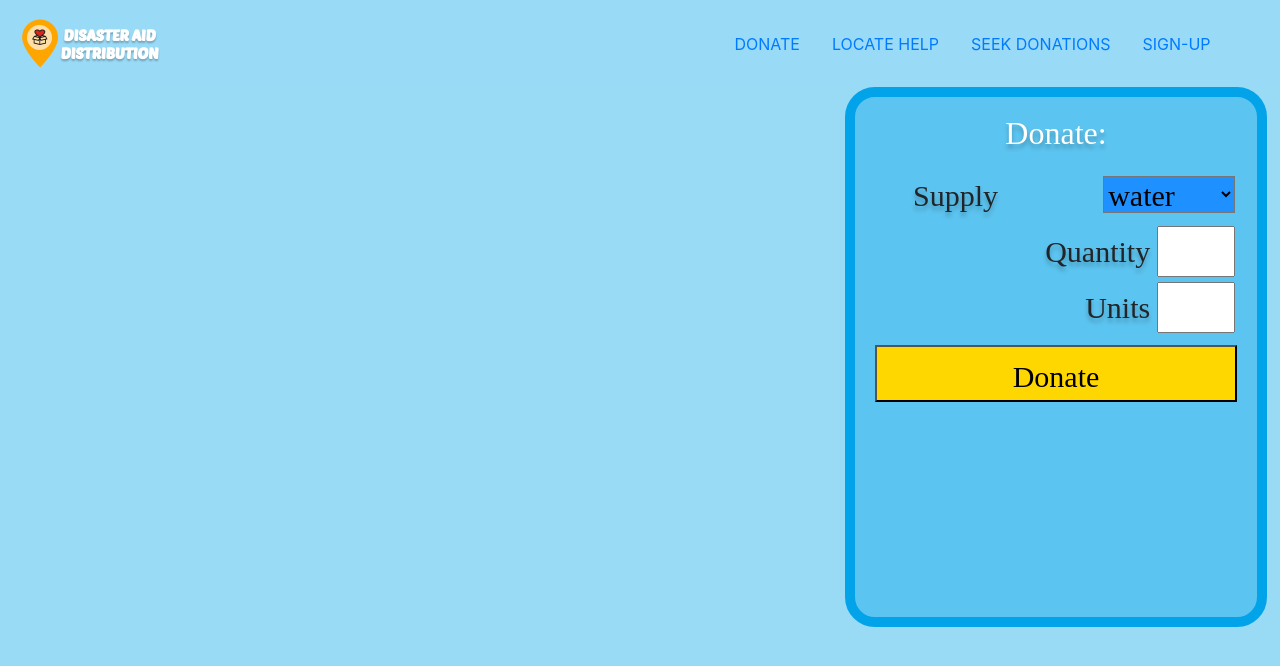
Repository: uprm-inso-4115-2019-2020-S2/semester-project-inso4115-DisasterAid-backend
Page: /donate-modal (app in disaster-aid/)
These files come from the project's save history. The page is drawn as it stood at one moment and after the next save; the edit follows.
The browser window is 1280 px wide. The pictures show the whole page.
The project was rebuilt for these pictures with package versions that can differ from the ones it lists, and the page was loaded fresh each time. Also part of the build but not shown: disaster-aid/angular.json, disaster-aid/src/app/login/login.component.ts, disaster-aid/src/app/register/register.component.ts, disaster-aid/src/app/home/home.component.ts, disaster-aid/src/app/landing-page/landing-page.component.ts, disaster-aid/src/app/donations/donations.component.ts, disaster-aid/src/app/donations.service.ts.

Above is the page before, as saved 2020-05-09 02:10:45.

After the next save:
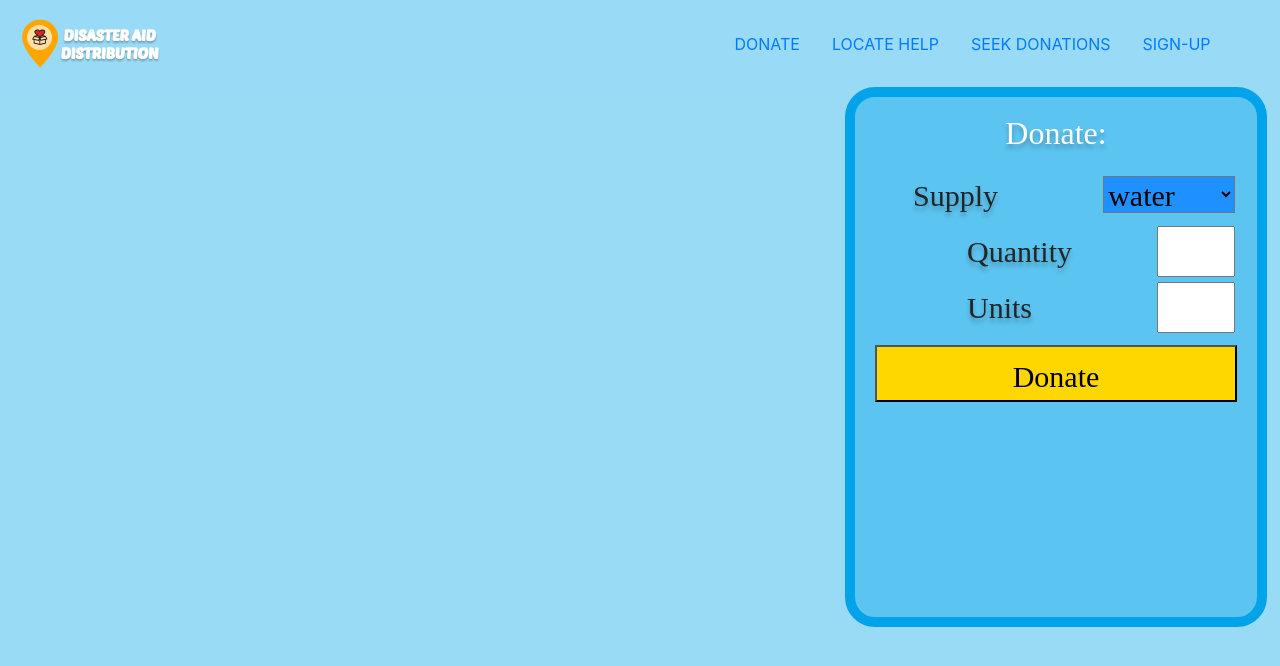
Saved 60 s later.
--- a/disaster-aid/src/app/donate-modal/donate-modal.component.html
+++ b/disaster-aid/src/app/donate-modal/donate-modal.component.html
@@ -31,11 +31,11 @@
                 </select>
             </div>
             <div>
-                <label for="quantity" style="padding-right: 7px;">Quantity</label>
+                <label for="quantity" style="width:50%; text-align:left;">Quantity</label>
                 <input type="number" id="quantity" name="quantity" min="1" max="5">
             </div>
             <div>
-                <label for="units" style="padding-right: 7px;">Units</label>
+                <label for="units" style="width:50%; text-align:left;">Units</label>
                 <input type="number" id="quantity" name="quantity" min="1" max="5">
             </div>
         </div>
